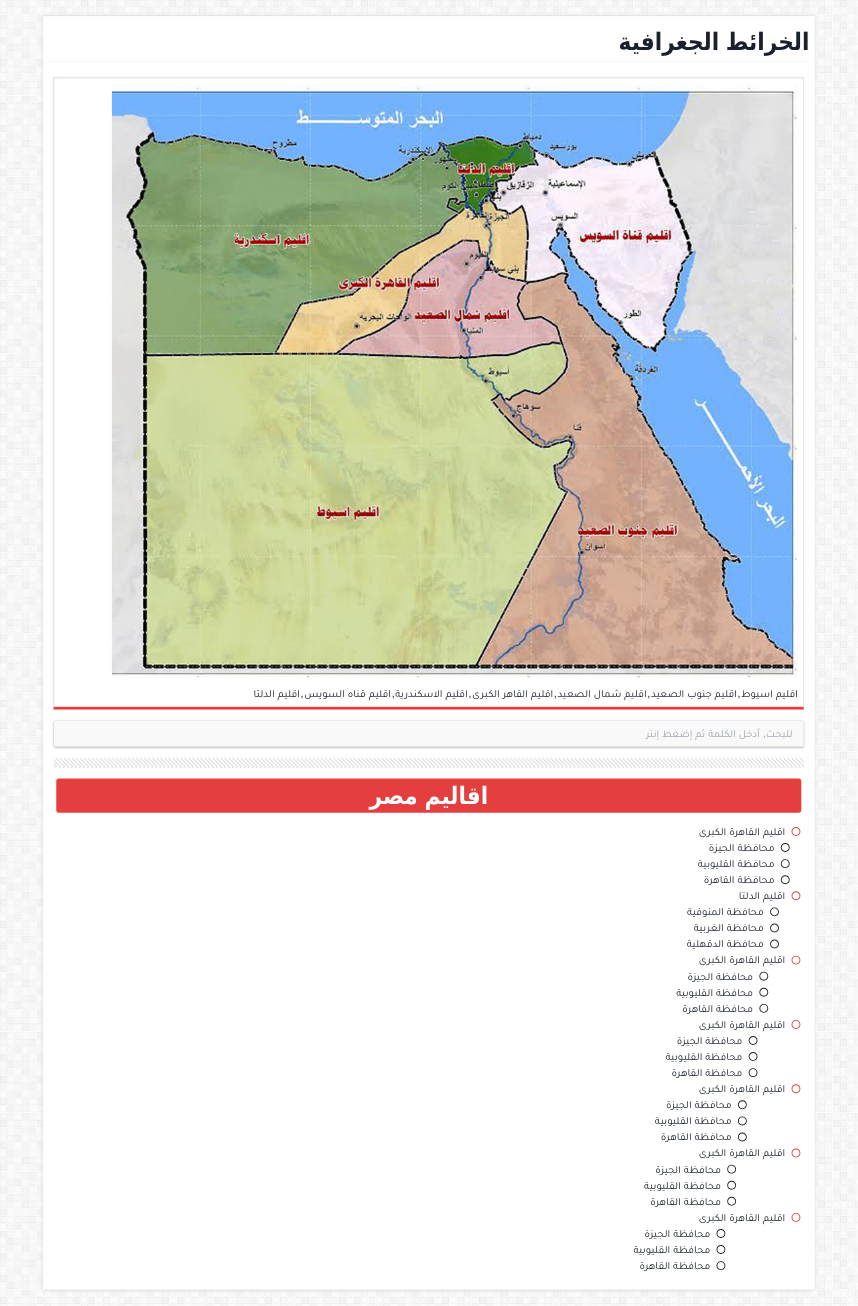
Repository: ahmed-mohamed-eng/egypt-gov-map
Page: /
An editor plug-in stored every save of this project. The page is shown before and after the next save, followed by the edit.
The browser window is 1280 px wide. The pictures show the whole page, at 67% of full size.
Some web fonts or font styles are not loaded; a fallback is used. The project was rebuilt for these pictures with package versions that can differ from the ones it lists, and the page was loaded fresh each time. The framework's server and built-in components were replaced by stand-ins that run in the browser. Also part of the build but not shown: next.config.js.

Above is the page before, as saved 2022-05-30 14:39:05.

### pages/_app.tsx
import "../styles/globals.css";

import type { AppProps } from "next/app";

import { ChakraProvider, extendTheme } from "@chakra-ui/react";

const theme = extendTheme({
  fonts: {
    heading: `Arial, Helvetica,"Aref Ruqaa" ,'Segoe UI', Tahoma, Geneva, Verdana, sans-serif`,
  },
});

function MyApp({ Component, pageProps }: AppProps) {
  return (
    <ChakraProvider theme={theme}>
      <Component {...pageProps} />
    </ChakraProvider>
  );
}

export default MyApp;

### pages/_document.tsx
import Document, {
  Html,
  Head,
  Main,
  NextScript,
  DocumentContext,
} from "next/document";

class MyDocument extends Document {
  static async getInitialProps(ctx: DocumentContext) {
    const initialProps = await Document.getInitialProps(ctx);
    return { ...initialProps };
  }

  render() {
    return (
      <Html dir="rtl" lang="ar">
        <Head />
        <body>
          <Main />
          <NextScript />
        </body>
      </Html>
    );
  }
}

export default MyDocument;

### pages/index.tsx
import type { NextPage } from "next";

// Custom Components
import Header from "../components/Header";
import PageContainer from "../components/PageContainer";
import MainContentArea from "../components/MainContentArea";

// Constants
import provincesList from "../constants/provincesList";

const Home: NextPage = () => {
  return (
    <PageContainer>
      <Header headerTitle="الخرائط الجغرافية" />
      <MainContentArea
        quickNavTitle="اقاليم مصر"
        placeholderTxt="للبحث, أدخل الكلمة ثم إضغط إنتر"
        list={provincesList}
      />
    </PageContainer>
  );
};

export default Home;

### styles/globals.css
@import url("https://fonts.googleapis.com/css2?family=Amiri:ital,wght@0,700;1,400;1,700&family=Aref+Ruqaa:wght@400;700&family=Tajawal:wght@300;400;500;700;800;900&display=swap");

@tailwind base;
@tailwind components;
@tailwind utilities;

html,
body {
  padding: 0;
  margin: 0;
  font-family: -apple-system, BlinkMacSystemFont, Segoe UI, Roboto, Oxygen,
    Ubuntu, Cantarell, Fira Sans, Droid Sans, Helvetica Neue, sans-serif;
}

a {
  color: inherit;
  text-decoration: none;
}

* {
  box-sizing: border-box;
  font-family: Arial, Helvetica, "Tajawal", "Aref Ruqaa", "Segoe UI", Tahoma,
    Geneva, Verdana, sans-serif;
}

### components/Header/index.tsx
export { Header as default } from "./Header";

### components/PageContainer/index.tsx
export { PageContainer as default } from "./PageContainer";

### components/MainContentArea/index.tsx
export { MainContentArea as default } from "./MainContentArea";

### constants/provincesList.ts
import { province } from "../components/MainContentArea/QuickNavigationArea/CitiesList/CitiesList";

const provincesList: Array<province> = [
  {
    provinceName: "اقليم القاهرة الكبرى",
    url: "#",
    childItems: [
      {
        cityName: "محافظة الجيزة",
        url: "#",
      },
      {
        cityName: "محافظة القليوبية",
        url: "#",
      },
      {
        cityName: "محافظة القاهرة",
        url: "#",
      },
    ],
  },
  {
    provinceName: "اقليم الدلتا",
    url: "#",
    childItems: [
      {
        cityName: "محافظة المنوفية",
        url: "#",
      },
      {
        cityName: "محافظة الغربية",
        url: "#",
      },
      {
        cityName: "محافظة الدقهلية",
        url: "#",
      },
    ],
  },
  {
    provinceName: "اقليم القاهرة الكبرى",
    url: "#",
    childItems: [
      {
        cityName: "محافظة الجيزة",
        url: "#",
      },
      {
        cityName: "محافظة القليوبية",
        url: "#",
      },
      {
        cityName: "محافظة القاهرة",
        url: "#",
      },
    ],
  },
  {
    provinceName: "اقليم القاهرة الكبرى",
    url: "#",
    childItems: [
      {
        cityName: "محافظة الجيزة",
        url: "#",
      },
      {
        cityName: "محافظة القليوبية",
        url: "#",
      },
      {
        cityName: "محافظة القاهرة",
        url: "#",
      },
    ],
  },
  {
    provinceName: "اقليم القاهرة الكبرى",
    url: "#",
    childItems: [
      {
        cityName: "محافظة الجيزة",
        url: "#",
      },
      {
        cityName: "محافظة القليوبية",
        url: "#",
      },
      {
        cityName: "محافظة القاهرة",
        url: "#",
      },
    ],
  },
  {
    provinceName: "اقليم القاهرة الكبرى",
    url: "#",
    childItems: [
      {
        cityName: "محافظة الجيزة",
        url: "#",
      },
      {
        cityName: "محافظة القليوبية",
        url: "#",
      },
      {
        cityName: "محافظة القاهرة",
        url: "#",
      },
    ],
  },
  {
    provinceName: "اقليم القاهرة الكبرى",
    url: "#",
    childItems: [
      {
        cityName: "محافظة الجيزة",
        url: "#",
      },
      {
        cityName: "محافظة القليوبية",
        url: "#",
      },
      {
        cityName: "محافظة القاهرة",
        url: "#",
      },
    ],
  },
];

export default provincesList;

### components/Header/Header.tsx
import { Divider, Flex, Heading, VStack } from "@chakra-ui/react";

export interface HeaderProps {
  headerTitle: string;
}

export const Header = (props: HeaderProps) => {
  return (
    <VStack
      as="header"
      w="full"
      justifyContent="center"
      alignItems="center"
      fontSize="1.5rem"
      fontFamily="arabic"
      flex="1"
    >
      <Heading w="full" textAlign="right" as="h1">
        {props.headerTitle}
      </Heading>
      <Flex w="full">
        <Divider orientation="horizontal" />
      </Flex>
    </VStack>
  );
};

### components/PageContainer/PageContainer.tsx
import { Center, Flex, VStack } from "@chakra-ui/react";

// import bgImage from "../../images/backgroundImage.png";

export const PageContainer = (props: any) => {
  return (
    <Flex backgroundImage={`url(/images/backgroundImage.png)`}>
      <Center w="full" h="full" py="1.5rem">
        <VStack
          bgColor="white"
          width={["90vw"]}
          minH="95vh"
          boxShadow="0 0 5px #CACACA"
          py="1rem"
          px="0.5rem"
          spacing="1rem"
        >
          {props.children}
        </VStack>
      </Center>
    </Flex>
  );
};

### components/MainContentArea/MainContentArea.tsx
import { VStack } from "@chakra-ui/react";

// Custom Components.
import MapArea from "./MapArea";
import SearchBox from "./SearchBox";
import StripeSeparator from "./StripeSeparator";
import QuickNavigationArea from "./QuickNavigationArea";

// Interfaces.
import { SearchBoxProps } from "./SearchBox/SearchBox";
import { QuickNavigationAreaProps } from "./QuickNavigationArea/QuickNavigationArea";

export interface MainContentAreaProps
  extends QuickNavigationAreaProps,
    SearchBoxProps {}

export const MainContentArea = (props: MainContentAreaProps) => {
  return (
    <VStack as="main" w="full" p="0.5rem" spacing="1rem" flex="14">
      <MapArea />
      <SearchBox placeholderTxt={props.placeholderTxt} />
      <StripeSeparator />
      <QuickNavigationArea
        list={props.list}
        quickNavTitle={props.quickNavTitle}
      />
    </VStack>
  );
};

### components/MainContentArea/MapArea/index.tsx
export { MapArea as default } from "./MapArea";

### components/MainContentArea/SearchBox/index.tsx
export { SearchBox as default } from "./SearchBox";

### components/MainContentArea/StripeSeparator/index.tsx
export { StripeSeparator as default } from "./StripeSeparator";

### components/MainContentArea/QuickNavigationArea/index.tsx
export { QuickNavigationArea as default } from "./QuickNavigationArea";

### components/MainContentArea/MapArea/MapArea.tsx
import { VStack } from "@chakra-ui/react";

// Custom Components.
import MapImage from "./MapImage";
import MapInfoDisplayedLinks from "./MapInfoDisplayedLinks";

// Constants.
import provinces from "../../../constants/provinces";

export const MapArea = () => {
  return (
    <VStack
      borderWidth="thin"
      borderColor="red.500"
      boxShadow="0 1px 3px 0 #b5b5b5"
      border="1px solid #DDD"
      borderBottom="4px solid #ef3636"
      p="0.5rem"
      w="full"
      spacing="0.5rem"
    >
      <MapImage />
      <MapInfoDisplayedLinks
        breadcrumbItems={provinces}
      />
    </VStack>
  );
};

### components/MainContentArea/SearchBox/SearchBox.tsx
import { Input } from "@chakra-ui/react";

export interface SearchBoxProps {
  placeholderTxt: string;
}

export const SearchBox = (props: SearchBoxProps) => {
  return (
    <Input
      w="full"
      backgroundColor="#F9F9F9"
      borderColor="#F1F1F1"
      borderTopColor="#DDD"
      borderBottomColor="#DDD"
      boxShadow="0 1px 3px 0 #B5B5B5"
      borderRadius="3px"
      placeholder={props.placeholderTxt}
    />
  );
};

### components/MainContentArea/StripeSeparator/StripeSeparator.tsx
import { Box } from "@chakra-ui/react";

export const StripeSeparator = () => {
  return <Box w="full" h="15px" bgImage="url(/images/stripe.png)"></Box>;
};

### components/MainContentArea/QuickNavigationArea/QuickNavigationArea.tsx
import { VStack, Heading } from "@chakra-ui/react";

import CitiesList from "./CitiesList";

// Interfaces
import { CitiesListProps } from "./CitiesList/CitiesList";

export interface QuickNavigationAreaProps extends CitiesListProps {
  quickNavTitle: string;
}

export const QuickNavigationArea = (props: QuickNavigationAreaProps) => {
  return (
    <VStack w="full" spacing="1rem" px="0.25rem">
      <Heading
        w="full"
        h="fit-content"
        borderRadius="0.25rem"
        color="white"
        bg="red.500"
        p="0.25rem"
        textAlign="center"
      >
        {props.quickNavTitle}
      </Heading>
      <CitiesList list={props.list} />
    </VStack>
  );
};

### components/MainContentArea/MapArea/MapImage/index.tsx
export { MapImage as default } from "./MapImage";

### components/MainContentArea/MapArea/MapInfoDisplayedLinks/index.tsx
export { MapInfoDisplayedLinks as default } from "./MapInfoDisplayedLinks";

### constants/provinces.ts
import { BreadcrumbElement } from "../components/MainContentArea/MapArea/MapInfoDisplayedLinks/MapInfoDisplayedLinks";

const provinces: Array<BreadcrumbElement> = [
  {
    text: "اقليم اسيوط",
    url: "#",
  },
  {
    text: "اقليم جنوب الصعيد",
    url: "#",
  },
  {
    text: "اقليم شمال الصعيد",
    url: "#",
  },
  {
    text: "اقليم القاهر الكبرى",
    url: "#",
  },
  {
    text: "اقليم الاسكندرية",
    url: "#",
  },
  {
    text: "اقليم قناه السويس",
    url: "#",
  },
  {
    text: "اقليم الدلتا",
    url: "#",
  },
];

export default provinces;

### components/MainContentArea/QuickNavigationArea/CitiesList/index.tsx
export { CitiesList as default } from "./CitiesList";

### components/MainContentArea/MapArea/MapImage/MapImage.tsx
import React from "react";

import { Flex, Image } from "@chakra-ui/react";

// Images Sources.
import mapImage from "../../../../images/Egypt_Provinces.jpg";

export const MapImage = () => {
  return (
    <Flex w="full">
      <Image mixBlendMode="multiply" src={mapImage.src} alt="Egypt Province Map" />
    </Flex>
  );
};

### components/MainContentArea/MapArea/MapInfoDisplayedLinks/MapInfoDisplayedLinks.tsx
import { v4 as uuidV4 } from "uuid";

import { Breadcrumb, BreadcrumbItem, BreadcrumbLink } from "@chakra-ui/react";

export type BreadcrumbElement = {
  url: string;
  text: string;
};

export interface MapInfoDisplayedLinksProps {
  breadcrumbItems: Array<BreadcrumbElement>;
}

export const MapInfoDisplayedLinks = (props: MapInfoDisplayedLinksProps) => {
  const breadcrumbItems = props.breadcrumbItems.map((item) => {
    return (
      <BreadcrumbItem key={uuidV4()}>
        <BreadcrumbLink
          maxW="fit-content"
          _hover={{
            textDecoration: "none",
            fontWeight: "600",
          }}
          href={item.url}
        >
          {item.text}
        </BreadcrumbLink>
      </BreadcrumbItem>
    );
  });

  return (
    <Breadcrumb spacing="1px" separator="," w="full">
      {breadcrumbItems}
    </Breadcrumb>
  );
};

### components/MainContentArea/QuickNavigationArea/CitiesList/CitiesList.tsx
import { v4 as uuidV4 } from "uuid";

import { List, ListItem, ListIcon } from "@chakra-ui/react";

import { BiCircle } from "react-icons/bi";

export type city = {
  cityName: string;
  url: string;
};

export type province = {
  provinceName: string;
  url: string;
  childItems: Array<city>;
};

export interface CitiesListProps {
  list: Array<province>;
}

export const CitiesList = (props: CitiesListProps) => {
  const items = props.list.map((item, parentIndex) => {
    return (
      <List key={uuidV4()}>
        <ListItem as="a" href={item.url}>
          <ListIcon as={BiCircle} color="red.500" fill="red.500" />
          {item.provinceName}
        </ListItem>
        {item.childItems.map((childItem) => {
          return (
            <List key={uuidV4()} pr={`${parentIndex + 1}rem`}>
              <ListItem as="a" href={childItem.url}>
                <ListIcon as={BiCircle} />
                {childItem.cityName}
              </ListItem>
            </List>
          );
        })}
      </List>
    );
  });
  return <List w="full">{items}</List>;
};

Loaded but not shown: tailwind.config.js (common file)

After the next save:
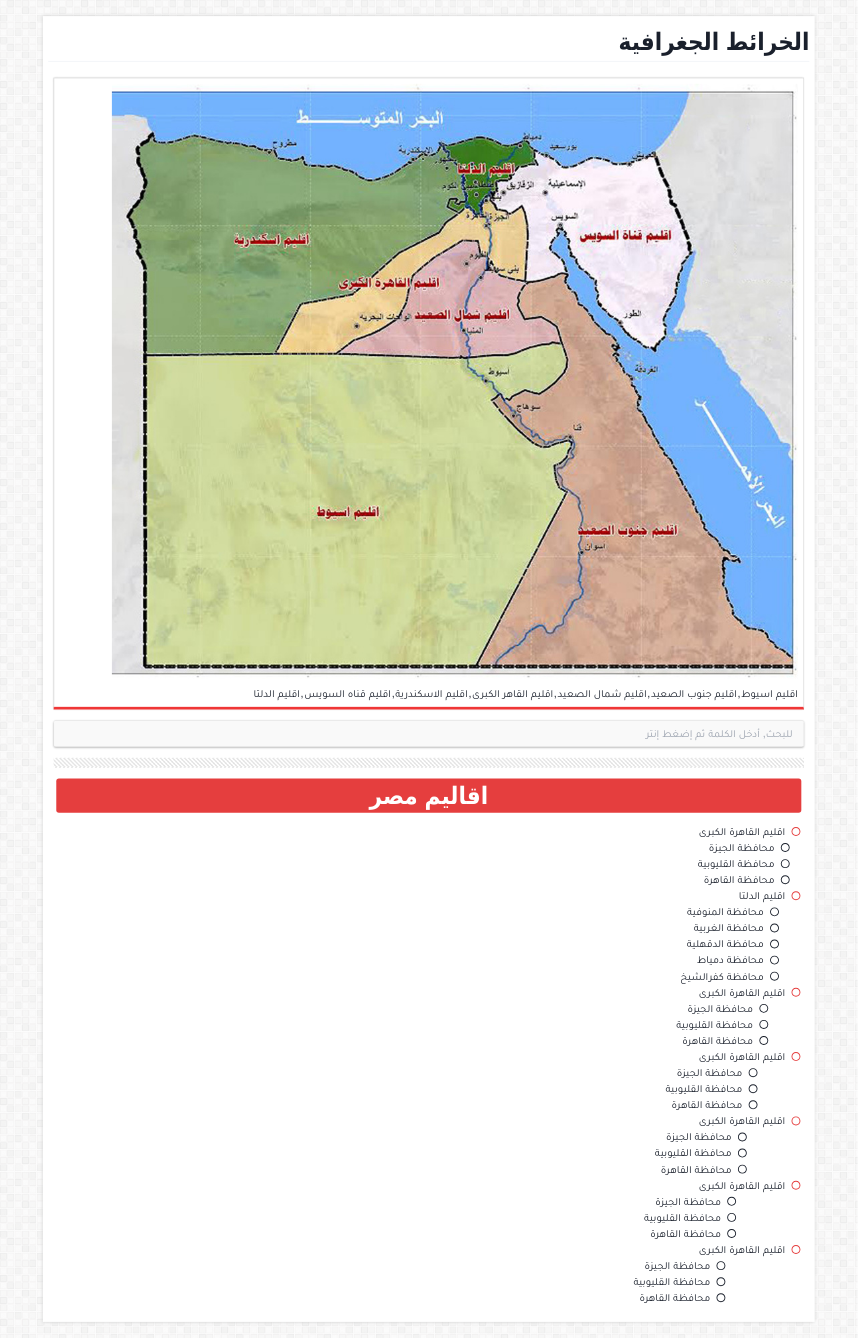
Saved 21 s later.
--- a/constants/provincesList.ts
+++ b/constants/provincesList.ts
@@ -33,6 +33,14 @@ const provincesList: Array<province> = [
       },
       {
         cityName: "محافظة الدقهلية",
+        url: "#",
+      },
+      {
+        cityName: "محافظة دمياط",
+        url: "#",
+      },
+      {
+        cityName: "محافظة كفرالشيخ",
         url: "#",
       },
     ],
